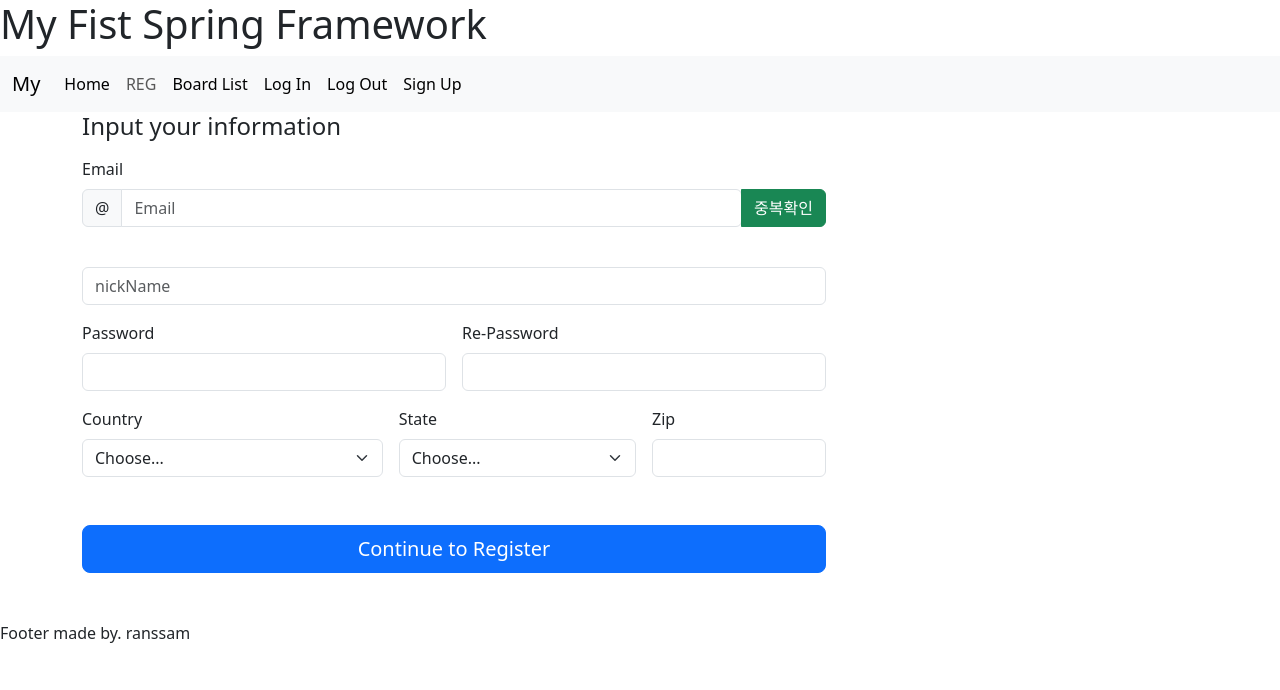
Repository: dhalfks/springSecurityTest
Page: http://localhost/springTest/WEB-INF/views/member/register.jsp
An editor plug-in stored every save of this project. The page is shown before and after the next save, followed by the edit.
The browser window is 1280 px wide. The pictures show the whole page.
The page is served by Tomcat 9. Nobody is signed in. Other server files are loaded and not shown. The template is opened directly, without the code that normally fills it, so the values that code supplies are empty.

Above is the page before, as saved 2023-09-30 06:06:57.

### _spring_workspace/springTest/src/main/webapp/WEB-INF/views/member/register.jsp
<%@ page language="java" contentType="text/html; charset=UTF-8"
    pageEncoding="UTF-8"%>
<%@ taglib prefix="c" uri="http://java.sun.com/jsp/jstl/core"%>
<jsp:include page="../common/header.jsp" />
<jsp:include page="../common/nav.jsp" />

<div class="container">
  <main>
<!-- 회원등록란 시작 -->
      <div class="col-md-7 col-lg-8">
        <h4 class="mb-3">Input your information</h4>
        <form action="/member/register" method="post">
          <div class="row g-3">

            <div class="col-12">
              <label for="email" class="form-label">Email</label>
              <div class="input-group has-validation">
                <span class="input-group-text">@</span>
                <input type="email" class="form-control" name="email"
                id="email" placeholder="Email" required>
                <button type="button" class="btn btn-success"
                id="dupleCheck">중복확인</button>
              </div>
            </div>

            <div class="col-12">
              <label for="nickName" class="form-label"></label>
              <input type="text" class="form-control" name="nickName"
               id="nickName" placeholder="nickName">
            </div>

            <div class="col-sm-6">
              <label for="pwd" class="form-label">Password</label>
              <input type="password" class="form-control" name="pwd"
               id="pwd" placeholder="" value="" required>
            </div>

            <div class="col-sm-6">
              <label for="rpwd" class="form-label">Re-Password</label>
              <input type="password" class="form-control"
              id="rpwd" placeholder="" value="" required>
            </div>

            <div class="col-md-5">
              <label for="country" class="form-label">Country</label>
              <select class="form-select" id="country" required>
                <option value="">Choose...</option>
                <option>United States</option>
              </select>
              <div class="invalid-feedback">
                Please select a valid country.
              </div>
            </div>

            <div class="col-md-4">
              <label for="state" class="form-label">State</label>
              <select class="form-select" id="state" required>
                <option value="">Choose...</option>
                <option>California</option>
              </select>
              <div class="invalid-feedback">
                Please provide a valid state.
              </div>
            </div>

            <div class="col-md-3">
              <label for="zip" class="form-label">Zip</label>
              <input type="text" class="form-control" id="zip" placeholder="" required>
              <div class="invalid-feedback">
                Zip code required.
              </div>
            </div>
          </div>

          <button class="w-100 btn btn-primary btn-lg my-5" type="submit">Continue to Register</button>
        </form>
      </div>
 </main>
</div>
<!-- <script src="/resources/js/member.register.js"></script>
//아이디 중복체크, 비밀번호 확인 포함  -->
<jsp:include page="../common/footer.jsp" />

### _spring_workspace/springTest/src/main/webapp/WEB-INF/views/common/header.jsp
<%@ page language="java" contentType="text/html; charset=UTF-8"
    pageEncoding="UTF-8"%>
    <%@ taglib prefix="c" uri="http://java.sun.com/jsp/jstl/core" %>
<!DOCTYPE html>
<html>
<head>
<meta charset="UTF-8">
<title>Insert title here</title>
<link href="https://cdn.jsdelivr.net/npm/bootstrap@5.3.1/dist/css/bootstrap.min.css" rel="stylesheet" integrity="sha384-4bw+/aepP/YC94hEpVNVgiZdgIC5+VKNBQNGCHeKRQN+PtmoHDEXuppvnDJzQIu9" crossorigin="anonymous">
<script src="https://cdn.jsdelivr.net/npm/bootstrap@5.3.1/dist/js/bootstrap.bundle.min.js" integrity="sha384-HwwvtgBNo3bZJJLYd8oVXjrBZt8cqVSpeBNS5n7C8IVInixGAoxmnlMuBnhbgrkm" crossorigin="anonymous"></script>
</head>
<body>
	<h1>My Fist Spring Framework</h1>

### _spring_workspace/springTest/src/main/webapp/WEB-INF/views/common/nav.jsp
<%@ page language="java" contentType="text/html; charset=UTF-8"
    pageEncoding="UTF-8"%>
<%@ taglib prefix="c" uri="http://java.sun.com/jsp/jstl/core"%>
<%@ taglib prefix="sec" uri="http://www.springframework.org/security/tags" %>
<!-- <header>
<ul>
<a href="/"><li>Home</li></a>
<a href="/board/register"><li>Board REG</li></a>
<li>Board List</li>
<li>Log In</li>
<li>Log Out</li>
<li>Sign Up</li>

</ul>
</header> -->

<nav class="navbar navbar-expand-lg bg-body-tertiary">
  <div class="container-fluid">
    <a class="navbar-brand" href="#">My</a>
    <button class="navbar-toggler" type="button" data-bs-toggle="collapse" data-bs-target="#navbarSupportedContent" aria-controls="navbarSupportedContent" aria-expanded="false" aria-label="Toggle navigation">
      <span class="navbar-toggler-icon"></span>
    </button>
    <div class="collapse navbar-collapse" id="navbarSupportedContent">
      <ul class="navbar-nav me-auto mb-2 mb-lg-0">
        <li class="nav-item">
          <a class="nav-link active" aria-current="page" href="/">Home</a>
        </li>
        <li class="nav-item">
          <a class="nav-link" href="/board/register">REG</a>
        </li>

        <li class="nav-item">
          <a class="nav-link active" href="/board/list" >Board List</a>
        </li>
        <li class="nav-item">
          <a class="nav-link active" href="#" >Log In</a>
        </li>
        <li class="nav-item">
          <a class="nav-link active" href="/board/list" >Log Out</a>
        </li>
        <li class="nav-item">
          <a class="nav-link active" href="/board/list" >Sign Up</a>
        </li>
      </ul>

    </div>
  </div>
</nav>

### _spring_workspace/springTest/src/main/webapp/WEB-INF/views/common/footer.jsp
<%@ page language="java" contentType="text/html; charset=UTF-8"
    pageEncoding="UTF-8"%>

<div>
	<span>Footer made by. ranssam</span>
</div>
</body>
</html>

After the next save:
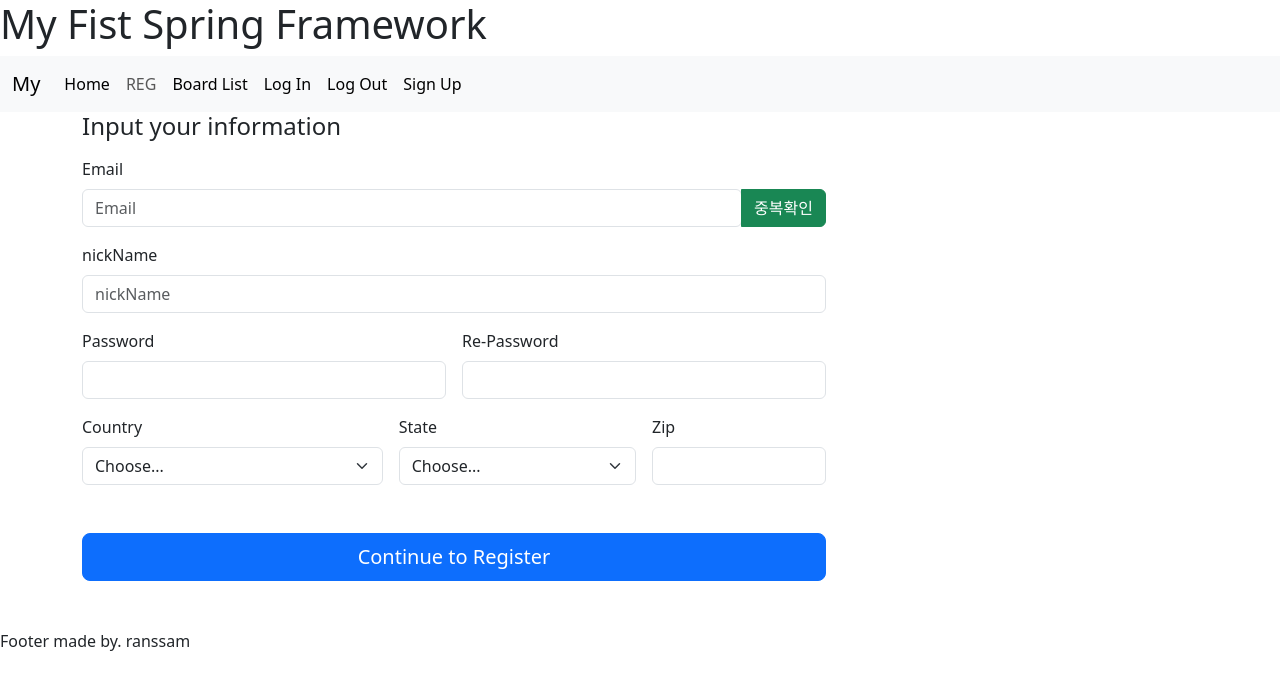
Saved 54 s later.
--- a/_spring_workspace/springTest/src/main/webapp/WEB-INF/views/member/register.jsp
+++ b/_spring_workspace/springTest/src/main/webapp/WEB-INF/views/member/register.jsp
@@ -6,7 +6,7 @@
 
 <div class="container">
   <main>
-<!-- 회원등록란 시작 -->
+	<!-- 회원등록란 시작 -->
       <div class="col-md-7 col-lg-8">
         <h4 class="mb-3">Input your information</h4>
         <form action="/member/register" method="post">
@@ -15,7 +15,6 @@
             <div class="col-12">
               <label for="email" class="form-label">Email</label>
               <div class="input-group has-validation">
-                <span class="input-group-text">@</span>
                 <input type="email" class="form-control" name="email"
                 id="email" placeholder="Email" required>
                 <button type="button" class="btn btn-success"
@@ -24,7 +23,7 @@
             </div>
 
             <div class="col-12">
-              <label for="nickName" class="form-label"></label>
+              <label for="nickName" class="form-label">nickName</label>
               <input type="text" class="form-control" name="nickName"
                id="nickName" placeholder="nickName">
             </div>
